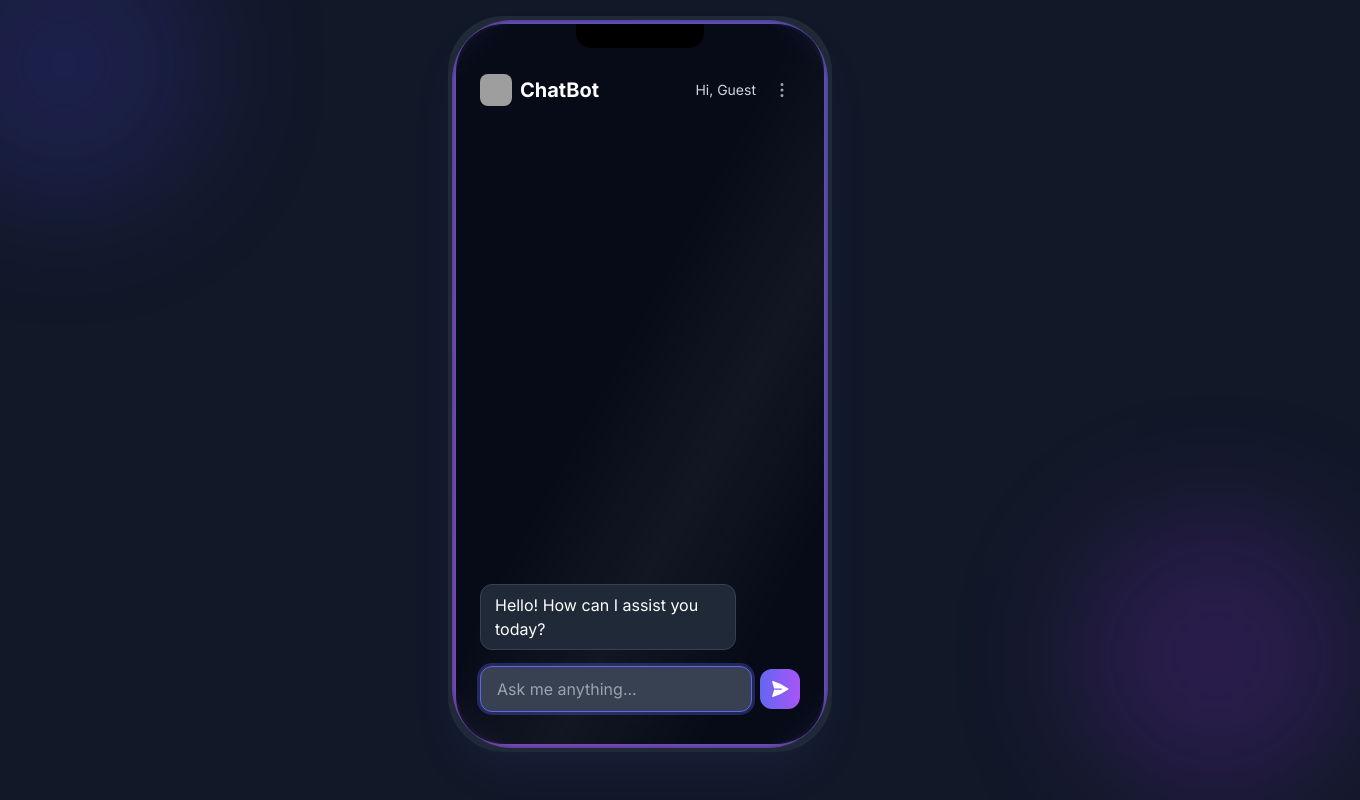
Repository: Punith-Singh/chatbot
Page: frontend/home.html
The author's editor kept a copy of each file at every save. The page is drawn from the files as they stood at one save, then again after the next save.
The browser window is 1280 px wide. The page is 1360 px wide, so the pictures cover 1360 px, including what lies to the right of the window. The pictures show the whole page.
Pictures or frames that could not be fetched are drawn as grey boxes. Some web libraries are served in a nearby version.

Above is the page before, as saved 2025-11-09 13:30:15.

### frontend/home.html
<!DOCTYPE html>
<html lang="en">
<head>
  <meta charset="UTF-8" />
  <meta name="viewport" content="width=device-width, initial-scale=1.0" />
  <title>ChatBot | Home</title>
  <script src="https://cdn.tailwindcss.com"></script>
  <!-- Font Awesome for icons -->
  <link rel="stylesheet" href="https://cdnjs.cloudflare.com/ajax/libs/font-awesome/6.5.0/css/all.min.css" />
  <link href="https://fonts.googleapis.com/css2?family=Inter:wght@400;500;600;700&display=swap" rel="stylesheet">
  <style>
    body {
      font-family: 'Inter', sans-serif;
    }

    .animate-fade-in-up {
      animation: fadeInUp 0.8s ease-out forwards;
      opacity: 0;
      transform: translateY(20px);
    }

    .animate-delay-fade-in-up {
      animation: fadeInUp 0.7s ease-out 0.4s forwards;
      opacity: 0;
      transform: translateY(10px);
    }

    @keyframes fadeInUp {
      to {
        opacity: 1;
        transform: translateY(0);
      }
    }

    .inner-screen::after {
      content: '';
      position: absolute;
      top: 0;
      left: -150%;
      width: 100%;
      height: 100%;
      background: linear-gradient(
        100deg,
        rgba(255, 255, 255, 0) 20%,
        rgba(255, 255, 255, 0.05) 50%,
        rgba(255, 255, 255, 0) 80%
      );
      transform: skewX(-20deg);
      animation: shine 5s infinite linear 2s;
      z-index: 1;
    }

    @keyframes shine {
      0% { left: -150%; }
      100% { left: 150%; }
    }

    .phone-frame {
      position: relative;
    }

    .phone-frame::before {
      content: '';
      position: absolute;
      top: -4px;
      left: -4px;
      right: -4px;
      bottom: -4px;
      border-radius: 60px;
      padding: 4px;
      background: linear-gradient(60deg, #6366f1, #a855f7, #6366f1);
      background-size: 300% 300%;
      -webkit-mask:
        linear-gradient(#fff 0 0) content-box,
        linear-gradient(#fff 0 0);
      mask:
        linear-gradient(#fff 0 0) content-box,
        linear-gradient(#fff 0 0);
      -webkit-mask-composite: destination-out;
      mask-composite: exclude;
      filter: blur(8px);
      animation: rotateGlow 3s linear infinite;
      z-index: -1;
    }

    @keyframes rotateGlow {
      to { background-position: 300% 0; }
    }

    /* Hide scrollbar */
    .inner-screen, .chat-box {
      -ms-overflow-style: none;  /* IE and Edge */
      scrollbar-width: none;  /* Firefox */
    }
    .inner-screen::-webkit-scrollbar,
    .chat-box::-webkit-scrollbar {
      display: none; /* Chrome, Safari, Opera */
    }

    /* Input focus glow and shadow */
    .form-input {
      transition: border-color 0.2s ease-in-out, box-shadow 0.2s ease-in-out;
      box-shadow: 0 1px 2px 0 rgba(0, 0, 0, 0.05);
    }
    .form-input:focus {
      border-color: #6366f1; /* indigo-500 */
      box-shadow: 0 0 0 3px rgba(99, 102, 241, 0.3);
      outline: none;
    }

    /* Message Fade-in */
    .message-animate {
        animation: messageFadeIn 0.3s ease-out forwards;
    }
    @keyframes messageFadeIn {
        from {
            opacity: 0;
            transform: translateY(10px);
        }
        to {
            opacity: 1;
            transform: translateY(0);
        }
    }

    /* Dropdown Menu */
    .dropdown {
      position: relative;
      display: inline-block;
    }
    .dropdown-content {
      display: none;
      position: absolute;
      right: 0;
      top: 100%; /* Position below the button */
      margin-top: 8px; /* Space from the button */
      background-color: #2c2c3e; /* Darker bg */
      min-width: 160px;
      box-shadow: 0 8px 16px 0 rgba(0,0,0,0.5);
      border: 1px solid #4a4a60;
      border-radius: 8px;
      z-index: 100;
      overflow: hidden;
      animation: fadeInMenu 0.2s ease-out;
    }
    .dropdown-content a, .dropdown-content button {
      color: #e0e0e0;
      padding: 12px 16px;
      text-decoration: none;
      display: flex; /* Use flex for icon alignment */
      align-items: center;
      gap: 10px; /* Space between icon and text */
      font-size: 14px;
      border: none;
      background: none;
      width: 100%;
      text-align: left;
      cursor: pointer;
    }
    .dropdown-content a:hover, .dropdown-content button:hover {
      background-color: #37374f;
      color: #ffffff;
    }
    .dropdown-content a:active, .dropdown-content button:active {
      background-color: #4f46e5; /* Indigo */
    }
    /* Red hover for logout */
    #logout-btn:hover {
        background-color: #5b21b6; /* More subtle red */
        color: #fecaca;
    }
    .dropdown.active .dropdown-content {
      display: block;
    }

    @keyframes fadeInMenu {
        from { opacity: 0; transform: translateY(-5px); }
        to { opacity: 1; transform: translateY(0); }
    }

    /* Copy button on message hover */
    .message-bot-container {
        position: relative;
    }
    .copy-btn {
        position: absolute;
        bottom: 8px; /* Position at the bottom of the message */
        right: -36px; /* Position outside the message bubble */
        opacity: 0;
        transition: opacity 0.2s ease-in-out;
        background: #374151; /* gray-700 */
        color: #d1d5db; /* gray-300 */
        border: none;
        border-radius: 50%;
        width: 28px;
        height: 28px;
        font-size: 12px;
        cursor: pointer;
        display: flex;
        align-items: center;
        justify-content: center;
    }
    .message-bot-container:hover .copy-btn {
        opacity: 1;
    }
    .copy-btn:hover {
        background: #4b5563; /* gray-600 */
        color: white;
    }
    .copy-btn.copied {
        background: #22c55e; /* green-500 */
        color: white;
    }


  </style>
</head>
<body class="bg-gray-900 text-white">

  <div class="absolute -top-20 -left-20 w-72 h-72 bg-indigo-600/40 rounded-full filter blur-3xl opacity-50 animate-pulse"></div>
  <div class="absolute -bottom-20 -right-20 w-72 h-72 bg-purple-600/40 rounded-full filter blur-3xl opacity-50 animate-pulse" style="animation-delay: 2s;"></div>

  <div class="relative z-10 flex min-h-screen w-full items-center justify-center p-4">
    <div class="login-wrapper w-full max-w-md flex flex-col items-center">

      <div class="phone-frame animate-fade-in-up w-full max-w-sm rounded-[56px] border-8 border-gray-800 bg-gray-900 shadow-2xl shadow-indigo-500/10">
        <!-- **FIX**: Increased pb-8 for more "chin" -->
        <div class="inner-screen w-full h-[720px] rounded-[48px] bg-gray-950/70 relative overflow-y-auto backdrop-blur-[10px] flex flex-col pt-12 pb-8">

          <div class="absolute top-0 left-1/2 -translate-x-1/2 w-32 h-6 bg-black rounded-b-2xl z-30"></div>

          <!-- Navbar -->
          <div class="navbar flex justify-between items-center mb-4 flex-shrink-0 z-30 px-6">
            <div class="logo flex items-center gap-2 text-xl font-bold text-white">
              <img
                src="
                alt="ChatBot Icon"
                class="w-8 h-8 rounded-lg"
                onerror="this.src='https://placehold.co/40x40/7c3aed/ffffff?text=AI'"
              />
              ChatBot
            </div>

            <!-- **NEW**: Three-dot Menu -->
            <div class="user-info flex items-center gap-2">
              <span id="username-display" class="text-sm text-gray-300 hidden sm:inline">Hi, Guest</span>

              <div class="dropdown" id="menu-dropdown">
                <button
                  class="menu-toggle-btn rounded-full p-2 text-gray-400 hover:bg-gray-700 hover:text-white"
                  onclick="toggleMenu(event)">
                  <svg class="w-5 h-5" xmlns="http://www.w3.org/2000/svg" viewBox="0 0 20 20" fill="currentColor">
                    <path d="M10 3a1.5 1.5 0 110 3 1.5 1.5 0 010-3zM10 8.5a1.5 1.5 0 110 3 1.5 1.5 0 010-3zM11.5 15.5a1.5 1.5 0 10-3 0 1.5 1.5 0 003 0z" />
                  </svg>
                </button>
                <div class="dropdown-content" id="menu-content">
                  <button onclick="clearChat()">
                    <i class="fa-solid fa-trash-can w-4 h-4 text-gray-400"></i>
                    Clear Chat
                  </button>
                  <button id="logout-btn" onclick="logout()">
                    <i class="fa-solid fa-arrow-right-from-bracket w-4 h-4 text-red-400"></i>
                    Logout
                  </button>
                </div>
              </div>

            </div>
          </div>

          <!-- Chat Box -->
          <div id="chat-box" class="chat-box flex-1 overflow-y-auto space-y-3 px-6 z-20 flex flex-col-reverse">
            <!-- Messages will be dynamically added here -->
            <div class="message-bot-container self-start max-w-[80%]">
              <div class="message-animate self-start bg-gray-800 border border-gray-700 text-white rounded-xl py-2 px-3.5 break-words">
                Hello! How can I assist you today?
              </div>
              <button class="copy-btn" onclick="copyToClipboard(this)">
                  <i class="fa-regular fa-copy"></i>
              </button>
            </div>
          </div>

          <!-- Chat Input -->
          <div class="chat-input-area flex gap-2 items-center flex-shrink-0 z-20 pt-4 px-6">
            <input
              type="text"
              id="user-message"
              placeholder="Ask me anything..."
              class="form-input flex-1 block w-full rounded-xl border border-gray-700 bg-gray-800 py-2.5 pl-4 pr-4 text-white placeholder-gray-400 transition-colors focus:bg-gray-700"
            />
            <button
              class="login-btn group relative flex-shrink-0 flex justify-center rounded-xl bg-gradient-to-r from-indigo-500 to-purple-500 p-2.5 text-base font-semibold text-white transition-all duration-200 ease-in-out hover:from-indigo-400 hover:to-purple-400 hover:scale-[1.03] hover:shadow-lg hover:shadow-indigo-500/40 active:scale-[.98] active:shadow-none"
              onclick="sendMessage()">
              <svg class="w-5 h-5" viewBox="0 0 24 24" fill="currentColor" xmlns="http://www.w3.org/2000/svg">
                <path fill-rule="evenodd" d="M3.478 2.405a.75.75 0 00-.926.94l2.432 7.905H13.5a.75.75 0 010 1.5H4.984l-2.432 7.905a.75.75 0 00.926.94 60.519 60.519 0 0018.445-8.986.75.75 0 000-1.218A60.517 60.517 0 003.478 2.405z" clip-rule="evenodd" />
              </svg>
            </button>
          </div>

        </div>
      </div>

    </div>
  </div>

  <script>
    window.onload = () => {
      const userName = localStorage.getItem("chatbotUserName");
      const userEmail = localStorage.getItem("chatbotUserEmail");

      if (userName && userEmail) {
        // Display only the first name
        document.getElementById("username-display").textContent = `Hi, ${userName.split(' ')[0]}`;
      } else {
        document.getElementById("username-display").textContent = "Hi, Guest";
      }

      // ENTER key triggers send
      document.getElementById("user-message").addEventListener("keydown", function (event) {
        if (event.key === "Enter") {
          event.preventDefault();
          sendMessage();
        }
      });

      // Auto-focus the input field on load
      document.getElementById("user-message").focus();

      // Close dropdown if clicking outside
      window.addEventListener('click', function(e) {
        const dropdown = document.getElementById('menu-dropdown');
        if (dropdown && !dropdown.contains(e.target)) {
          dropdown.classList.remove('active');
        }
      });
    };

    // **NEW**: Toggle menu
    function toggleMenu(event) {
        event.stopPropagation(); // Prevent window.onclick from closing it
        document.getElementById('menu-dropdown').classList.toggle('active');
    }

    // **NEW**: Clear Chat
    function clearChat() {
        const chatBox = document.getElementById("chat-box");
        chatBox.innerHTML = ''; // Clear all messages

        // Add back the default welcome message
        const welcomeMsgContainer = document.createElement('div');
        welcomeMsgContainer.className = 'message-bot-container self-start max-w-[80%]';

        const welcomeMsg = document.createElement('div');
        welcomeMsg.className = 'message-animate self-start bg-gray-800 border border-gray-700 text-white rounded-xl py-2 px-3.5 break-words';
        welcomeMsg.textContent = 'Hello! How can I assist you today?';

        const copyBtn = document.createElement('button');
        copyBtn.className = 'copy-btn';
        copyBtn.onclick = function() { copyToClipboard(this); };
        copyBtn.innerHTML = '<i class="fa-regular fa-copy"></i>';

        welcomeMsgContainer.appendChild(welcomeMsg);
        welcomeMsgContainer.appendChild(copyBtn);
        chatBox.appendChild(welcomeMsgContainer);

        document.getElementById('menu-dropdown').classList.remove('active'); // Close menu
    }

    // **NEW**: Copy to Clipboard
    function copyToClipboard(button) {
        const messageText = button.previousElementSibling.textContent;

        // Use document.execCommand for iFrame compatibility
        const textarea = document.createElement('textarea');
        textarea.value = messageText;
        document.body.appendChild(textarea);
        textarea.select();
        try {
            document.execCommand('copy');
            button.innerHTML = '<i class="fa-solid fa-check"></i>';
            button.classList.add('copied');
            setTimeout(() => {
                button.innerHTML = '<i class="fa-regular fa-copy"></i>';
                button.classList.remove('copied');
            }, 1500);
        } catch (err) {
            console.error('Failed to copy text: ', err);
            // Fallback or error handling here
        }
        document.body.removeChild(textarea);
    }

    function logout() {
      localStorage.removeItem("chatbotUserEmail");
      localStorage.removeItem("chatbotUserName");
      window.location.href = "login.html";
    }

    async function sendMessage() {
      const input = document.getElementById("user-message");
      const text = input.value.trim();
      if (!text) return;

      displayMessage(text, "user");
      const promptText = input.value; // Store value before clearing
      input.value = "";
      input.focus();

      // Show "Thinking..." message
      const chatBox = document.getElementById("chat-box");
      const thinkingMsg = document.createElement("div");

      thinkingMsg.className = 'message-bot-container self-start max-w-[80%]';
      thinkingMsg.innerHTML = `
        <div class="message-animate self-start bg-gray-800 border border-gray-700 text-white rounded-xl py-2 px-3.5 break-words">
            <span class="inline-block animate-bounce" style="animation-delay: 0s;">•</span>
            <span class="inline-block animate-bounce" style="animation-delay: 0.2s;">•</span>
            <span class="inline-block animate-bounce" style="animation-delay: 0.4s;">•</span>
        </div>
      `;

      chatBox.prepend(thinkingMsg);

      // Get response
      await getGeminiResponse(promptText);
    }

    function displayMessage(message, sender) {
      const box = document.getElementById("chat-box");

      if(sender === 'user') {
        const div = document.createElement("div");
        div.className = 'message-animate self-end bg-gradient-to-r from-indigo-500 to-purple-500 text-white rounded-xl py-2 px-3.5 max-w-[80%] break-words';
        div.textContent = message;
        box.prepend(div);
      } else {
        // Bot message with container and copy button
        const container = document.createElement('div');
        container.className = 'message-bot-container self-start max-w-[80%]';

        const messageDiv = document.createElement('div');
        messageDiv.className = 'message-animate self-start bg-gray-800 border border-gray-700 text-white rounded-xl py-2 px-3.5 break-words';
        messageDiv.textContent = message;

        const copyBtn = document.createElement('button');
        copyBtn.className = 'copy-btn';
        copyBtn.onclick = function() { copyToClipboard(this); };
        copyBtn.innerHTML = '<i class="fa-regular fa-copy"></i>';

        container.appendChild(messageDiv);
        container.appendChild(copyBtn);
        box.prepend(container);
      }
    }

    async function getGeminiResponse(promptText) {
      // Find and remove the "Thinking..." message
      const chatBox = document.getElementById("chat-box");
      const thinkingMsg = chatBox.firstChild; // Since we prepend, it's the first child

      try {
        const response = await fetch("http://localhost:5000/api/chatbot/gemini", {
          method: "POST",
          headers: {
            "Content-Type": "application/json"
          },
          body: JSON.stringify({ prompt: promptText })
        });

        if (!response.ok) {
            const errorData = await response.json();
            if (thinkingMsg && thinkingMsg.querySelector('.animate-bounce')) chatBox.removeChild(thinkingMsg);
            displayMessage(`⚠️ Error: ${errorData.message || response.statusText}`, 'bot');
            return; // Stop execution
        }

        const data = await response.json();
        const botResponse = data.response || "⚠️ Sorry, no response received.";

        if (thinkingMsg && thinkingMsg.querySelector('.animate-bounce')) chatBox.removeChild(thinkingMsg);
        displayMessage(botResponse, 'bot');

      } catch (error) {
        console.error("Error fetching from backend:", error);
        if (thinkingMsg && thinkingMsg.querySelector('.animate-bounce')) chatBox.removeChild(thinkingMsg);
        displayMessage("⚠️ Sorry, the chatbot service is unavailable.", 'bot');
      }
    }
  </script>
</body>
</html>

After the next save:
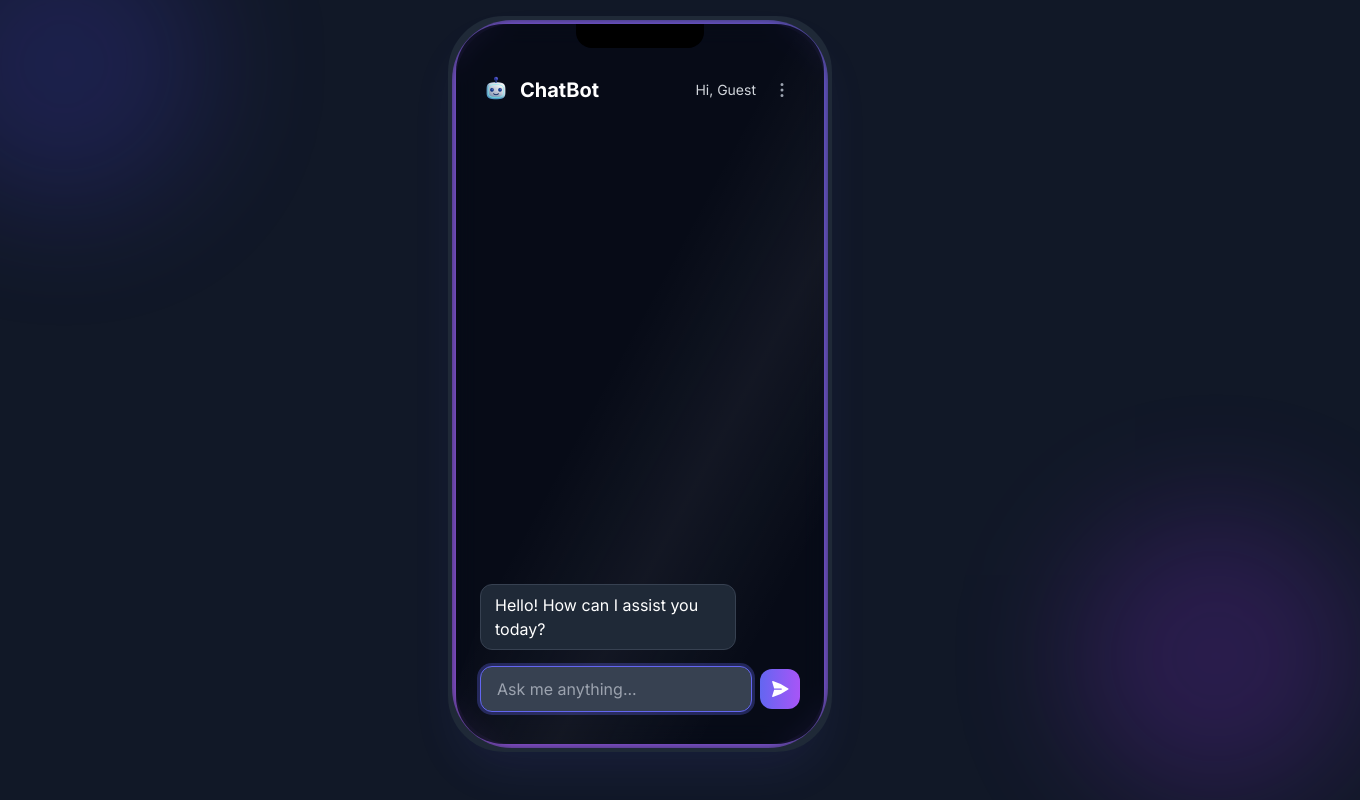
Saved 9 s later.
--- a/frontend/home.html
+++ b/frontend/home.html
@@ -233,7 +233,7 @@
           <div class="navbar flex justify-between items-center mb-4 flex-shrink-0 z-30 px-6">
             <div class="logo flex items-center gap-2 text-xl font-bold text-white">
               <img
-                src="
+                src="favicon.png"
                 alt="ChatBot Icon"
                 class="w-8 h-8 rounded-lg"
                 onerror="this.src='https://placehold.co/40x40/7c3aed/ffffff?text=AI'"
